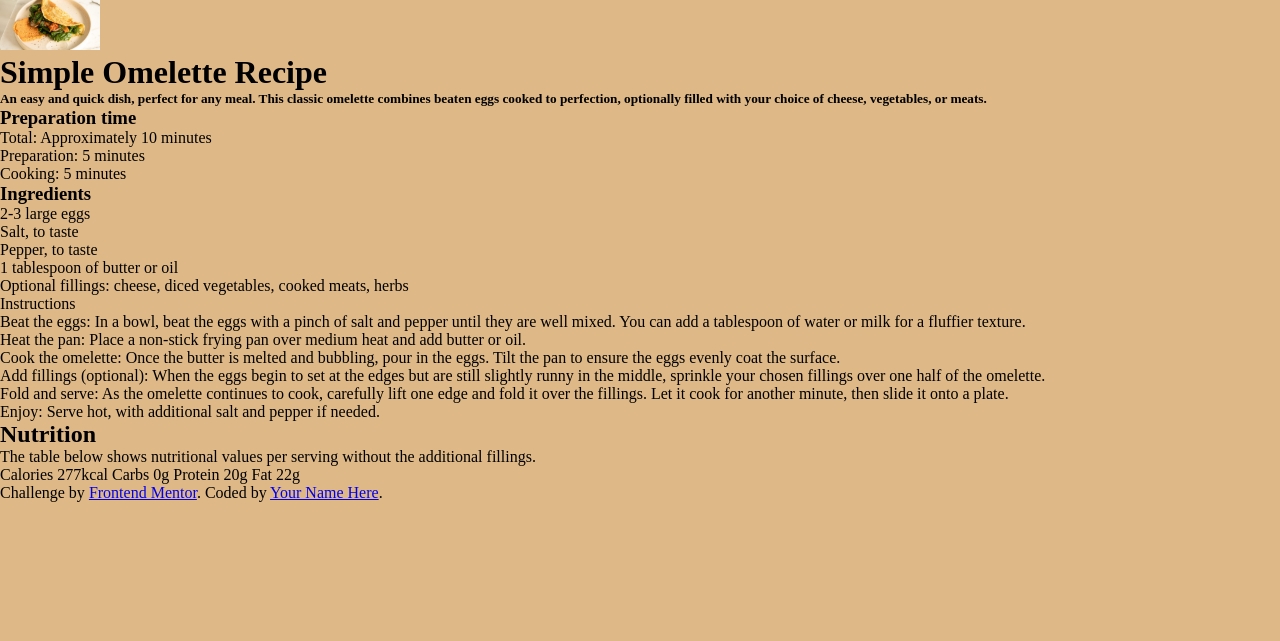
Repository: sodmaq/recipe-page-
Page: index.html
An editor plug-in stored every save of this project. The page is shown before and after the next save, followed by the edit.
The browser window is 1280 px wide. The pictures show the whole page.

Above is the page before, as saved 2024-09-07 12:59:16.

### index.html
<!DOCTYPE html>
<html lang="en">
  <head>
    <meta charset="UTF-8" />
    <meta name="viewport" content="width=device-width, initial-scale=1.0" />
    <!-- displays site properly based on user's device -->
    <link rel="stylesheet" href="style.css" />

    <link
      rel="icon"
      type="image/png"
      sizes="32x32"
      href="./assets/images/favicon-32x32.png"
    />

    <title>Frontend Mentor | Recipe page</title>

    <!-- Feel free to remove these styles or customise in your own stylesheet 👍 -->
    <!-- <style>
      .attribution {
        font-size: 11px;
        text-align: center;
      }
      .attribution a {
        color: hsl(228, 45%, 44%);
      }
    </style> -->
  </head>
  <body>
    <header>
      <img src="/assets/images/image-omelette.jpeg" alt="" />
      <h1>Simple Omelette Recipe</h1>
      <h5>
        An easy and quick dish, perfect for any meal. This classic omelette
        combines beaten eggs cooked to perfection, optionally filled with your
        choice of cheese, vegetables, or meats.
      </h5>
    </header>
    <article>
      <h3>Preparation time</h3>
      <ul>
        <li>Total: Approximately 10 minutes</li>
        <li>Preparation: 5 minutes</li>
        <li>Cooking: 5 minutes</li>
      </ul>

      <h3>Ingredients</h3>
      <ul>
        <li>2-3 large eggs</li>
        <li>Salt, to taste</li>
        <li>Pepper, to taste</li>
        <li>1 tablespoon of butter or oil</li>
        <li>
          Optional fillings: cheese, diced vegetables, cooked meats, herbs
        </li>
      </ul>
      <p>Instructions</p>

      <ol>
        <li>
          Beat the eggs: In a bowl, beat the eggs with a pinch of salt and
          pepper until they are well mixed. You can add a tablespoon of water or
          milk for a fluffier texture.
        </li>
        <li>
          Heat the pan: Place a non-stick frying pan over medium heat and add
          butter or oil.
        </li>
        <li>
          Cook the omelette: Once the butter is melted and bubbling, pour in the
          eggs. Tilt the pan to ensure the eggs evenly coat the surface.
        </li>
        <li>
          Add fillings (optional): When the eggs begin to set at the edges but
          are still slightly runny in the middle, sprinkle your chosen fillings
          over one half of the omelette.
        </li>
        <li>
          Fold and serve: As the omelette continues to cook, carefully lift one
          edge and fold it over the fillings. Let it cook for another minute,
          then slide it onto a plate.
        </li>
        <li>Enjoy: Serve hot, with additional salt and pepper if needed.</li>
      </ol>

      <h1>Nutrition</h1>
      <p>
        The table below shows nutritional values per serving without the
        additional fillings.
      </p>

      Calories 277kcal Carbs 0g Protein 20g Fat 22g
    </article>

    <div class="attribution">
      Challenge by
      <a href="https://www.frontendmentor.io?ref=challenge" target="_blank"
        >Frontend Mentor</a
      >. Coded by <a href="#">Your Name Here</a>.
    </div>
  </body>
</html>

### style.css
* {
  margin: 0;
  padding: 0;
  box-sizing: border-box;
}
body {
  background-color: burlywood;
}
img {
  width: 100px;
  height: 50px;
}

After the next save:
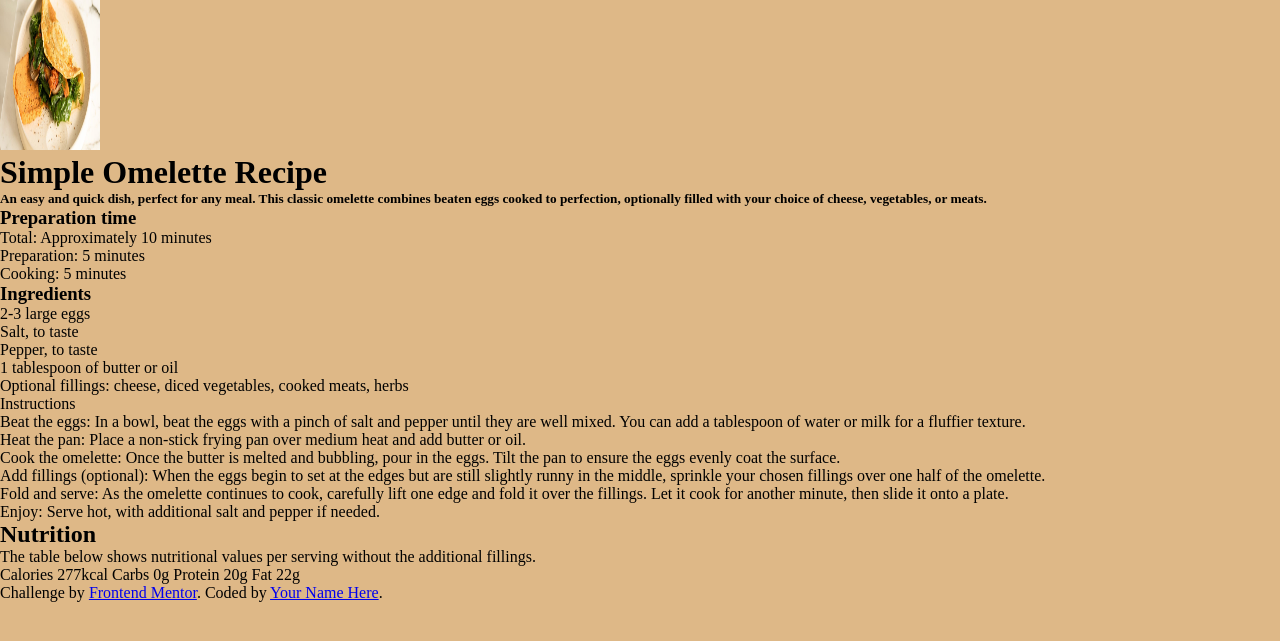
Saved 6 s later.
--- a/style.css
+++ b/style.css
@@ -8,5 +8,5 @@ body {
 }
 img {
   width: 100px;
-  height: 50px;
+  height: 150px;
 }
